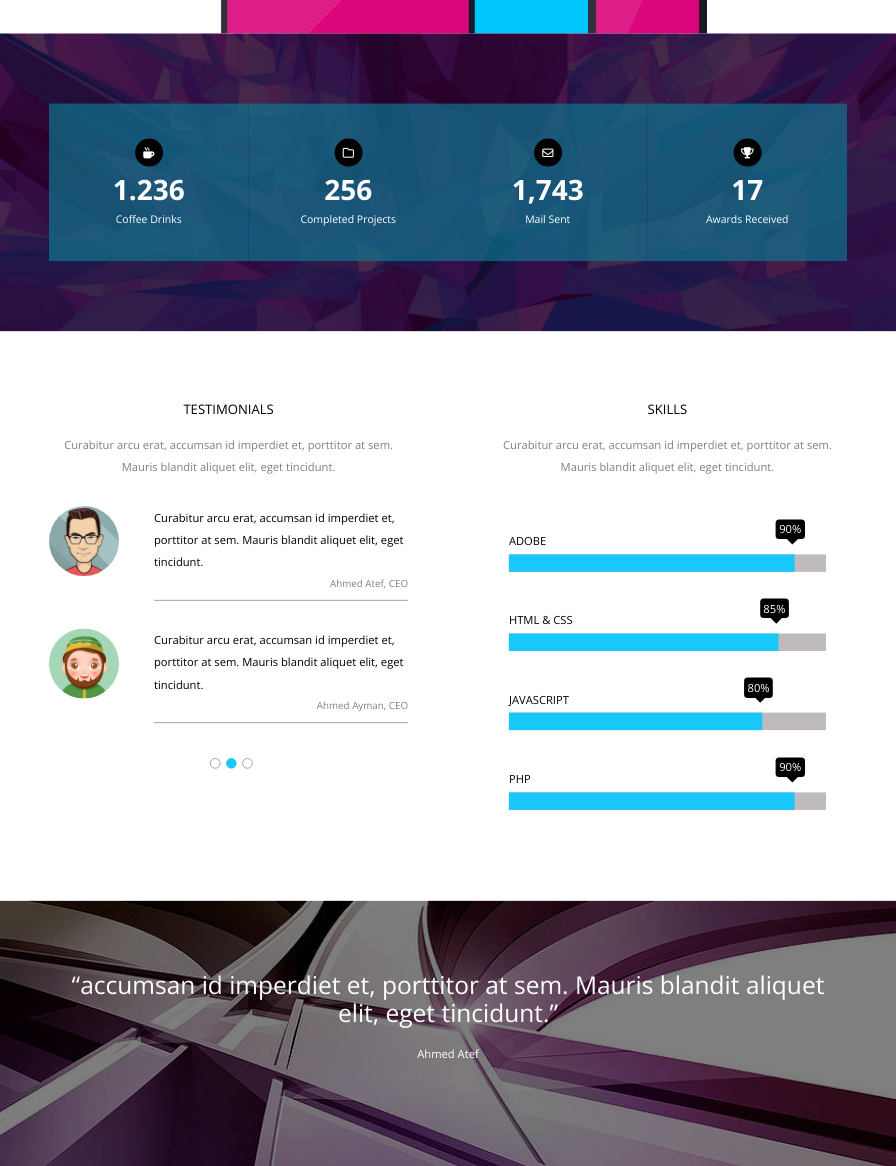
Repository: Ahmed123rezk123/Template_2
Page: index.html
An editor plug-in stored every save of this project. The page is shown before and after the next save, followed by the edit.
The browser window is 1280 px wide. The pictures show the part of the page from y = 4580 to 6500 px (the page is 6246 px tall before and 6530 px after), at 70% of full size.
A picture or video elsewhere on the page could not be fetched, so the positions and the page height are approximate. Some web fonts or font styles are not loaded; a fallback is used.

Above is the page before, as saved 2024-04-15 20:42:18.

### index.html
<!DOCTYPE html>
<html lang="en">
<head>
    <meta charset="UTF-8">
    <meta name="viewport" content="width=device-width, initial-scale=1.0">
    <title>Kasper | Template two</title>
    <!-- Render All Elements Normally -->
    <link rel="stylesheet" href="css/normalize.css">
    <!-- Font Awesome Library -->
    <link rel="stylesheet" href="css/all.min.css">
      <!-- Main Temlate css file -->
      <link rel="stylesheet" href="css/kasper.css">
    <!-- Google Fonts -->
    <link rel="preconnect" href="https://fonts.googleapis.com">
    <link rel="preconnect" href="https://fonts.gstatic.com" crossorigin>
    <link href="https://fonts.googleapis.com/css2?family=Edu+TAS+Beginner:wght@500&family=Open+Sans:wght@400;700&display=swap" rel="stylesheet">
    <!-- <link href="https://cdn.jsdelivr.net/npm/bootstrap@5.3.2/dist/css/bootstrap.min.css" rel="stylesheet"> -->
  </head>
<body>
<!-- Start Header -->
<header>
  <div class="container">
    <a href="#" class="logo">
      <img src="images/logo.png" alt="Logo">
    </a>
    <nav>
      <i class="fas fa-bars menu"></i>
      <ul>
       <li><a href="#" class="active">Home</a></li>
       <li><a href="#">Service</a></li>
       <li><a href="#">portfolio</a></li>
       <li><a href="#">About</a></li>
       <li><a href="#">Pricing</a></li>
       <li><a href="#">Contact</a></li>
      </ul>
      <div class="form">
        <i class="fas fa-search"></i>
      </div>
    </nav>
  </div>
</header>
<!-- End Header -->
<!-- Start Landing -->
    <section class="landing">
      <div class="overlay">
        <div class="text">
          <div class="content">
            <h2>
              Hello World<br>
              We Are Kasper We Make Art.
            </h2>
              <p>Lorem ipsum dolor sit amet consectetur adipisicing elit. Numquam,
                laborum ipsum adipisci perspiciatis dolorum debitis incidunt,
                sapiente corrupti doloribus, earum rem dicta quibusdam saepe voluptatem vero.
                  Commodi sed quidem laborio sam.</p>
          </div>
        </div>
      </div>
      <i class="fas fa-angle-left icon1 fa-2x"></i>
      <i class="fas fa-angle-right icon2 fa-2x"></i>
      <ul class="bullets">
        <li></li>
        <li class="active"></li>
        <li></li>
      </ul>
    </section>
<!-- End Landing -->
<!-- Start Services -->
    <section class="services">
      <div class="container">
      <div class="main-content">
        <h2>Services</h2>
        <p>Lorem ipsum dolor sit amet consectetur adipisicing elit. Numquam,
          laborum ipsum adipisci perspiciatis dolorum.</p>
      </div>
      <div class="services-content">
        <div class="div-content">
          <i class="fas fa-desktop"></i>
          <div class="text">
          <h2>Frontend Developer</h2>
          <p>Lorem, ipsum dolor sit amet consectetur adipisicing elit. Minus dolorum ipsam, ullam tenetur ab aliquid quia repudiandae .</p>
        </div>
        </div>
        <div class="div-content">
          <i class="fas fa-cog"></i>
          <div class="text">
            <h2>Frontend Developer</h2>
            <p>Lorem, ipsum dolor sit amet consectetur adipisicing elit. Minus dolorum ipsam, ullam tenetur ab aliquid quia repudiandae .</p>
          </div>
         </div>
        <div class="div-content">
          <i class="fas fa-pencil-ruler"></i>
          <div class="text">
            <h2>Frontend Developer</h2>
            <p>Lorem, ipsum dolor sit amet consectetur adipisicing elit. Minus dolorum ipsam, ullam tenetur ab aliquid quia repudiandae .</p>
          </div>
         </div>
        <div class="div-content">
          <i class="fas fa-camera"></i>
          <div class="text">
            <h2>Frontend Developer</h2>
            <p>Lorem, ipsum dolor sit amet consectetur adipisicing elit. Minus dolorum ipsam, ullam tenetur ab aliquid quia repudiandae .</p>
          </div>
          </div>
      </div>
      </div>
    </section>
<!-- End Services -->
<!-- Start Design -->
<section class="design">
  <div class="overlay">
    <div class="image">
      <img src="images/mobile.png" alt="">
    </div>
    <div class="text">
      <div class="content">
        <h2>OUR DESIGN COMES WITH...</h2>
        <div class="div-icon">
          <div class="div-content">
            <i class="fas fa-desktop lab1"></i>
            <span>Responsive Design</span>
          </div>
          <div class="div-content">
        <i class="fas fa-desktop lab2"></i>
        <span>Modern And Clean Design</span>
        </div>
        <div class="div-content">
        <i class="fas fa-desktop lab3"></i>
        <span>Clean Code</span>
        </div>
        <div class="div-content">
        <i class="fas fa-desktop lab4"></i>
        <span>Browser Friendly</span>
      </div>
      </div>
      </div>
    </div>
  </div>
</section>
<!-- End Design -->
<!-- Start Portfolio -->
<div class="portfolio">
  <div class="container">
    <div class="main-content">
      <h2>Portfolio</h2>
      <p>Lorem ipsum dolor sit amet consectetur adipisicing elit. Numquam,
        laborum ipsum adipisci perspiciatis dolorum.</p>
    </div>
    <ul class="shuffle">
      <li class="active">All</li>
      <li>App</li>
      <li>Photo</li>
      <li>Web</li>
      <li>Print</li>
    </ul>
    </div>
    <div class="imgs-content">
      <div class="box">
        <img src="images/shuffle-01.jpg" alt="">
        <div class="caption">
          <h4>Awesome Image</h4>
          <p>Photography</p>
        </div>
      </div>
      <div class="box">
        <img src="images/shuffle-02.jpg" alt="">
        <div class="caption">
          <h4>Awesome Image</h4>
          <p>Photography</p>
        </div>
      </div>
      <div class="box">
        <img src="images/shuffle-03.jpg" alt="">
        <div class="caption">
          <h4>Awesome Image</h4>
          <p>Photography</p>
        </div>
      </div>
      <div class="box">
        <img src="images/shuffle-04.jpg" alt="">
        <div class="caption">
          <h4>Awesome Image</h4>
          <p>Photography</p>
        </div>
      </div>
      <div class="box">
        <img src="images/shuffle-05.jpg" alt="">
        <div class="caption">
          <h4>Awesome Image</h4>
          <p>Photography</p>
        </div>
      </div>
      <div class="box">
        <img src="images/shuffle-06.jpg" alt="">
        <div class="caption">
          <h4>Awesome Image</h4>
          <p>Photography</p>
        </div>
      </div>
      <div class="box">
        <img src="images/shuffle-07.jpg" alt="">
        <div class="caption">
          <h4>Awesome Image</h4>
          <p>Photography</p>
        </div>
      </div>
      <div class="box">
        <img src="images/shuffle-08.jpg" alt="">
        <div class="caption">
          <h4>Awesome Image</h4>
          <p>Photography</p>
        </div>
      </div>
    </div>
    <a href="#" class="more">MORE</a>
    </div>
<!-- End Portfolio -->
<!-- Start Video -->
<div class="video">
  <video autoplay muted loop>
    <source src="images/awesome-video (1).mp4" type="video/mp4">
  </video>
  <div class="text">
      <h2>SUPER AWESOME VIDEO HERE</h2>
      <p>Its All You Need</p>
      <button>SEE MORE</button>
</div>
</div>
<!-- End Video -->

<!-- Start About -->
  <div class="about">
    <div class="container">
      <div class="main-content">
        <h2>Services</h2>
        <p>Lorem ipsum dolor sit amet consectetur adipisicing elit. Numquam,
          laborum ipsum adipisci perspiciatis dolorum.</p>
      </div>
          <img src="images/about.png" alt="">
    </div>
  </div>
<!-- End About -->
 <!-- Start Stats  -->
 <div class="stats">
  <div class="container">
      <div class="box">
        <i class="fas fa-mug-hot"></i>
        <p>1.236</p>
        <span>Coffee Drinks</span>
      </div>
      <div class="box">
        <i class="far fa-folder"></i>
        <p>256</p>
        <span>Completed Projects</span>
      </div>
      <div class="box">
        <i class="far fa-envelope"></i>
        <p>1,743</p>
        <span>Mail Sent</span>
      </div>
      <div class="box">
        <i class="fas fa-trophy"></i>
        <p>17</p>
        <span>Awards Received</span>
      </div>
    </div>
 </div>
 <!-- End Stats  -->
 <!-- Start Skills -->
  <div class="our-skills">
    <div class="container">
      <div class="testimonial">
        <h3>TESTIMONIALS</h3>
        <p>Curabitur arcu erat, accumsan id imperdiet et, porttitor at sem. Mauris blandit aliquet elit, eget tincidunt.</p>
      <div class="box">
        <img src="images/skills-01.jpg" alt="">
        <div class="text">
          Curabitur arcu erat, accumsan id imperdiet et, porttitor at sem. Mauris blandit aliquet elit, eget tincidunt.
          <p>Ahmed Atef, CEO</p>
        </div>
      </div>
      <div class="box">
        <img src="images/skills-02.jpg" alt="">
        <div class="text">
          Curabitur arcu erat, accumsan id imperdiet et, porttitor at sem. Mauris blandit aliquet elit, eget tincidunt.
        <p>Ahmed Ayman, CEO</p>
        </div>
      </div>
      <ul class="bullets">
            <li></li>
            <li class="active"></li>
            <li></li>
      </ul>
      </div>
      <div class="skills">
        <h3>SKILLS</h3>
        <p>Curabitur arcu erat, accumsan id imperdiet et, porttitor at sem. Mauris blandit aliquet elit, eget tincidunt.</p>
        <div class="prog-content">
          <h4>ADOBE</h4>
          <div class="prog">
            <span style="width: 90%;" data-progress="90%"></span>
          </div>
        </div>
          <div class="prog-content">
          <h4>HTML & CSS</h4>
          <div class="prog">
            <span style="width: 85%;" data-progress="85%"></span>
          </div>
        </div>
        <div class="prog-content">
          <h4>JAVASCRIPT</h4>
          <div class="prog">
            <span style="width: 80%;" data-progress="80%"></span>
          </div>
        </div>
        <div class="prog-content">
          <h4>PHP</h4>
          <div class="prog">
            <span style="width: 90%;" data-progress="90%"></span>
          </div>
        </div>
      </div>
    </div>
  </div>
 <!-- End Skills -->
 <!-- Start Quote -->
  <div class="quote">
    <div class="container">
      <div class="content">
        <q>accumsan id imperdiet et, porttitor at sem. Mauris blandit aliquet elit, eget tincidunt.</q>
        <span>Ahmed Atef</span>
      </div>
    </div>
  </div>
 <!-- End Quote -->
<!-- Start Princing -->
<div class="princing">
  <div class="container">

  </div>
</div>
<!-- End Princing -->
</body>
</html>

Loaded but not shown: css/normalize.css (library); css/all.min.css (library); css/kasper.css (826 lines, source omitted)

After the next save:
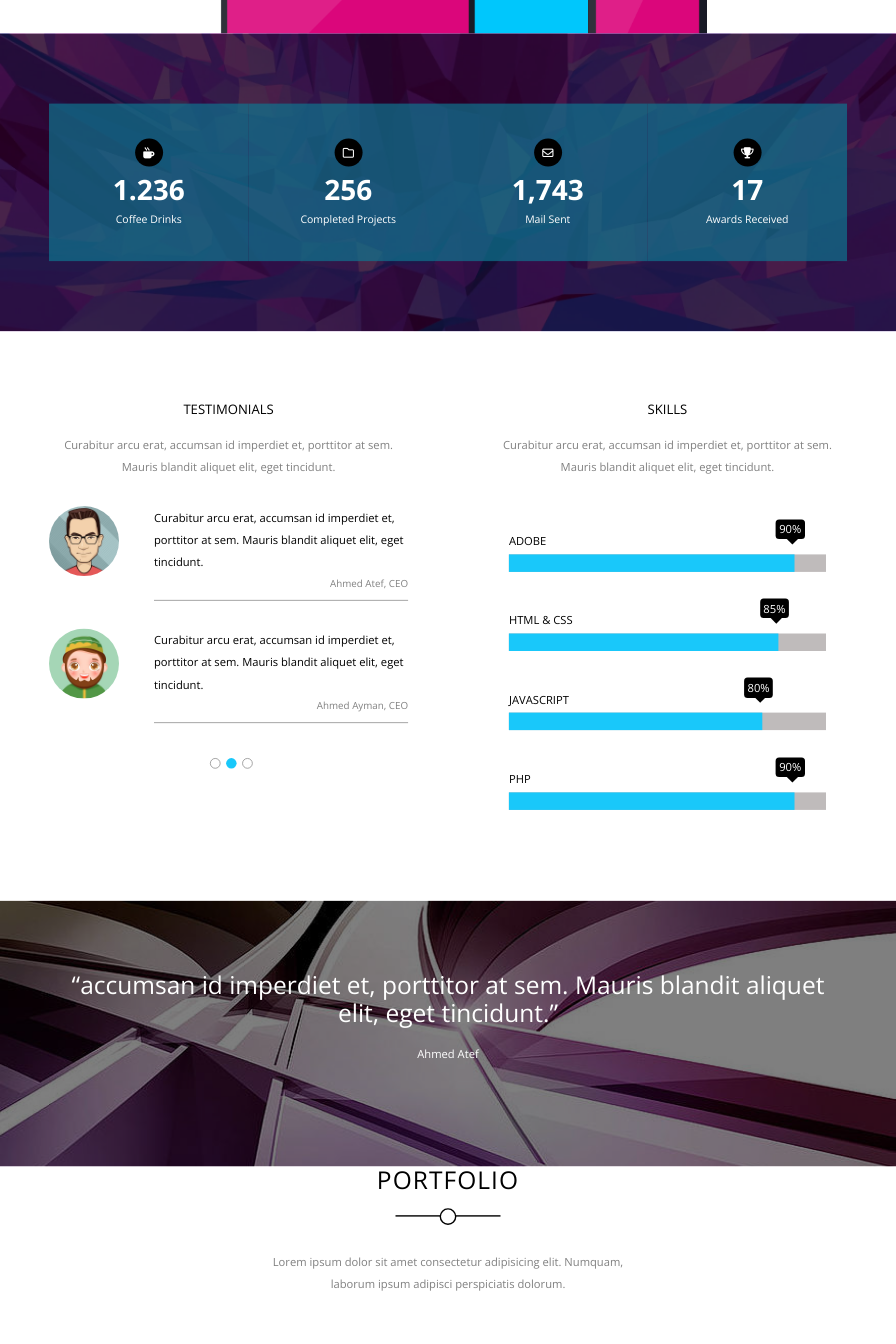
Saved 62 s later.
--- a/index.html
+++ b/index.html
@@ -336,7 +336,11 @@
 <!-- Start Princing -->
 <div class="princing">
   <div class="container">
-
+    <div class="main-content">
+      <h2>Portfolio</h2>
+      <p>Lorem ipsum dolor sit amet consectetur adipisicing elit. Numquam,
+        laborum ipsum adipisci perspiciatis dolorum.</p>
+    </div>
   </div>
 </div>
 <!-- End Princing -->
